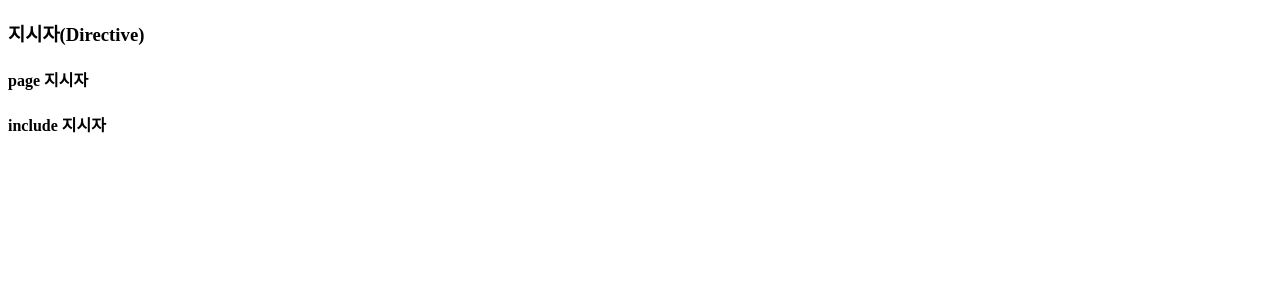
Repository: 2017112847/Jsp
Page: http://localhost/ch02/4_Directive.jsp
These files come from the project's save history. The page is drawn as it stood at one moment and after a run of saves; the edit follows.
The browser window is 1280 px wide. The pictures show the whole page.
The page is served by Tomcat 10.

Above is the page before, as saved 2025-07-28 02:24:43.

After the next 5 saves:
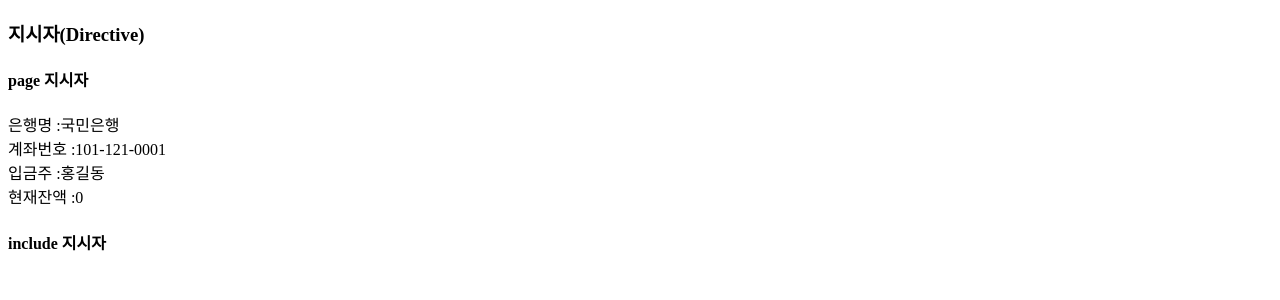
The 5 saves are shown as one change because 4 did not build or start.
The last was saved 4 min 5 s later.
--- a/ch02/src/main/webapp/4_Directive.jsp
+++ b/ch02/src/main/webapp/4_Directive.jsp
@@ -1,3 +1,4 @@
+<%@page import="sub1.Account"%>
 <%@ page language="java" contentType="text/html; charset=UTF-8"
     pageEncoding="UTF-8"%>
 <!DOCTYPE html>
@@ -10,6 +11,17 @@
 	<body>
 		<h3>지시자(Directive)</h3>
 		<h4>page 지시자</h4>
+		<%
+			Account	kb = new Account("국민은행", "101-121-0001", "홍길동", 10000);
+			kb.deposit(40000);
+			kb.withdraw(25000);
+
+			try{
+				kb.show(out);
+			} catch(Exception e){
+				e.printStackTrace();
+			}
+		%>
 		<h4>include 지시자</h4>
 
 	</body>
--- a/ch02/src/main/java/sub1/Account.java
+++ b/ch02/src/main/java/sub1/Account.java
@@ -22,11 +22,11 @@ public class Account {
 		this.balance += balance;
 	}
 
-	private void withdraw(int money) {
+	public void withdraw(int money) {
 		this.balance -= balance;
 
 	}
-	private void show(JspWriter writer) throws IOException {
+	public void show(JspWriter writer) throws IOException {
 		writer.println("<p>");
 		writer.println("은행명 :"+ this.bank +"<br/>");
 		writer.println("계좌번호 :"+ this.id+"<br/>");
